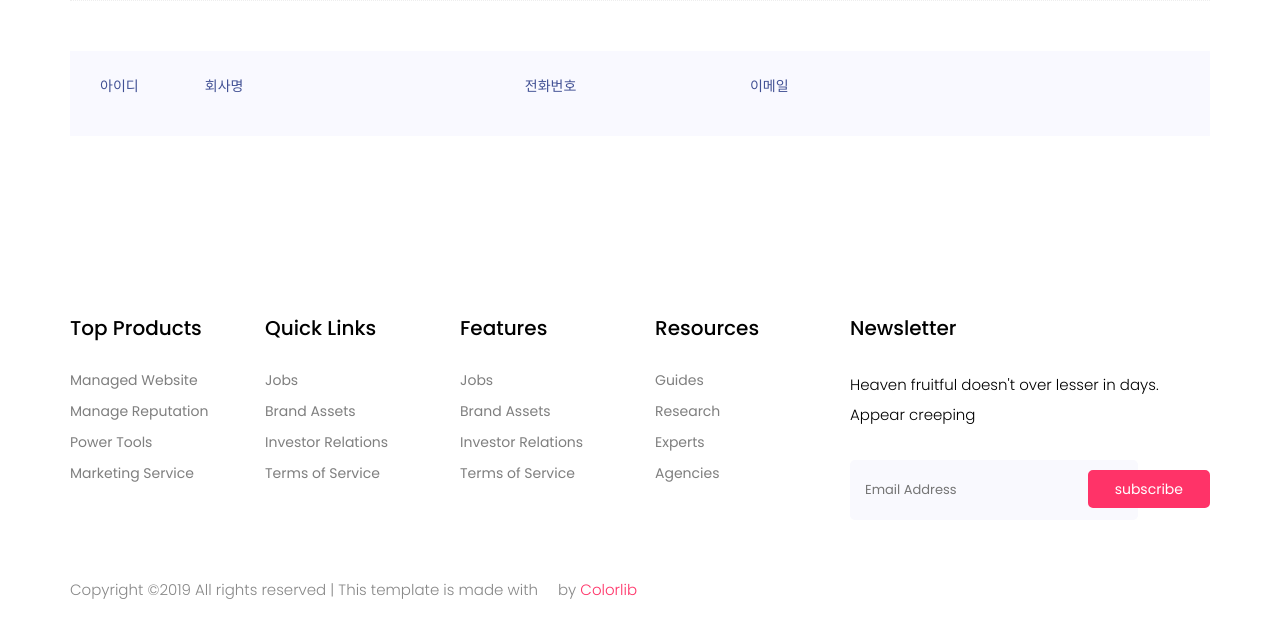
Repository: Park-SM/JspInUniv
Page: http://localhost/park-shop/member-list.do
An editor plug-in stored every save of this project. The page is shown before and after the next save, followed by the edit.
The browser window is 1280 px wide. The pictures show the part of the page from y = 499 to 1131 px (the page is 1129 px tall before and 1131 px after).
Some web fonts or font styles are not loaded; a fallback is used. The page is served by Tomcat 9. Queries for data that is not in the repository find no rows.

Above is the page before, as saved 2019-12-18 18:10:16.

After the next save:
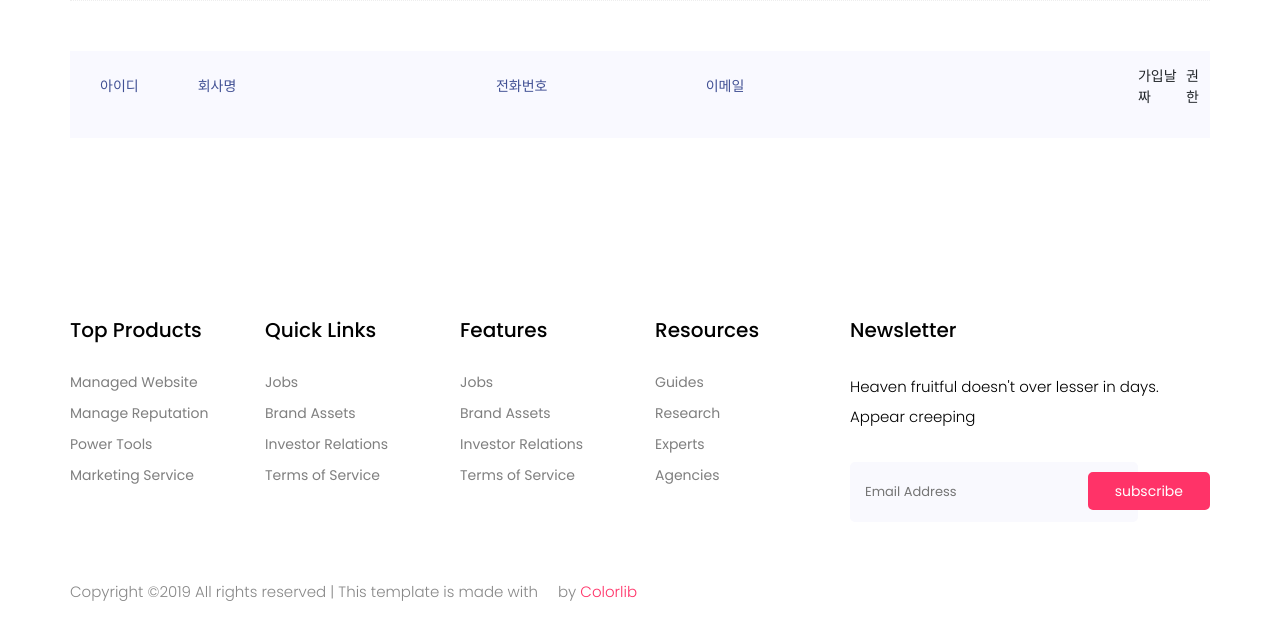
Saved 87 s later.
--- a/2a201612015/park-shop/WebContent/member-list.jsp
+++ b/2a201612015/park-shop/WebContent/member-list.jsp
@@ -62,6 +62,8 @@
 							<div class="country">회사명</div>
 							<div class="visit">전화번호</div>
 							<div class="percentage">이메일</div>
+							<div>가입날짜</div>
+							<div>권한</div>
 						</div>
 
 						 <c:choose>

After the 3 saves that followed:
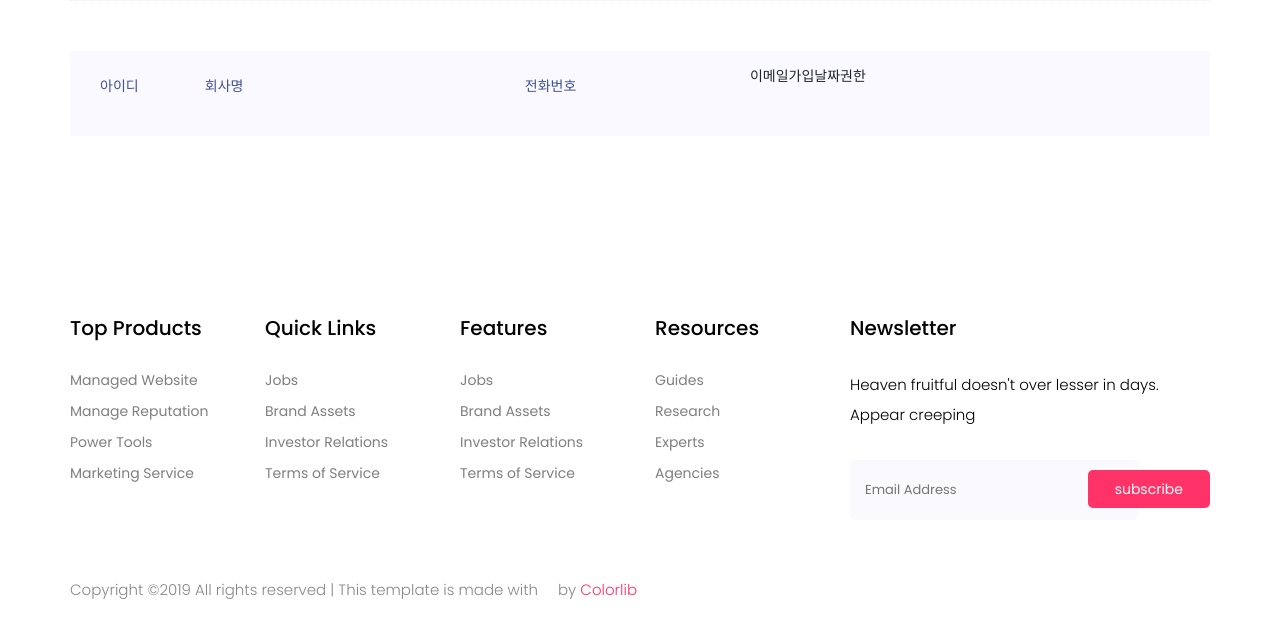
The 3 saves are shown as one change because 2 left the picture as it was.
The last was saved 48 s later.
--- a/2a201612015/park-shop/WebContent/member-list.jsp
+++ b/2a201612015/park-shop/WebContent/member-list.jsp
@@ -61,7 +61,7 @@
 							<div class="serial">아이디</div>
 							<div class="country">회사명</div>
 							<div class="visit">전화번호</div>
-							<div class="percentage">이메일</div>
+							<div>이메일</div>
 							<div>가입날짜</div>
 							<div>권한</div>
 						</div>
@@ -73,7 +73,9 @@
 										<div class="serial">${ m.id }</div>
 										<div class="country">${ m.name }</div>
 										<div class="visit">${ m.phone }</div>
-										<div class="percentage">${ m.email }</div>
+										<div>${ m.email }</div>
+										<div>${ m.regDate }</div>
+										<div>${ m.rank }</div>
 									</div>
 								</c:forEach>
 	                         </c:when>
